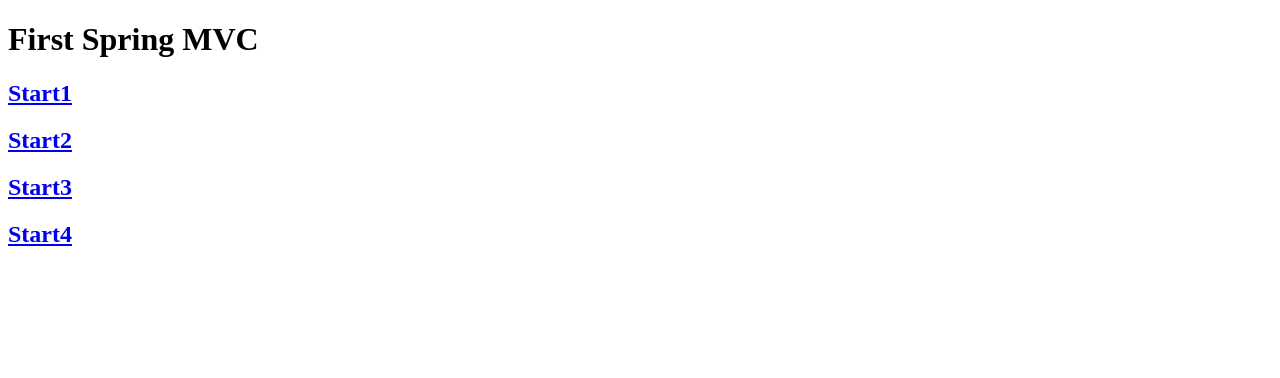
Repository: Developer120000/spring_mvc_study
Page: http://localhost/spring_mvc02/
An editor plug-in stored every save of this project. The page is shown before and after the next save, followed by the edit.
The browser window is 1280 px wide. The pictures show the whole page.
The page is served by Tomcat 9.

Above is the page before, as saved 2024-03-19 02:09:39.

After the next save:
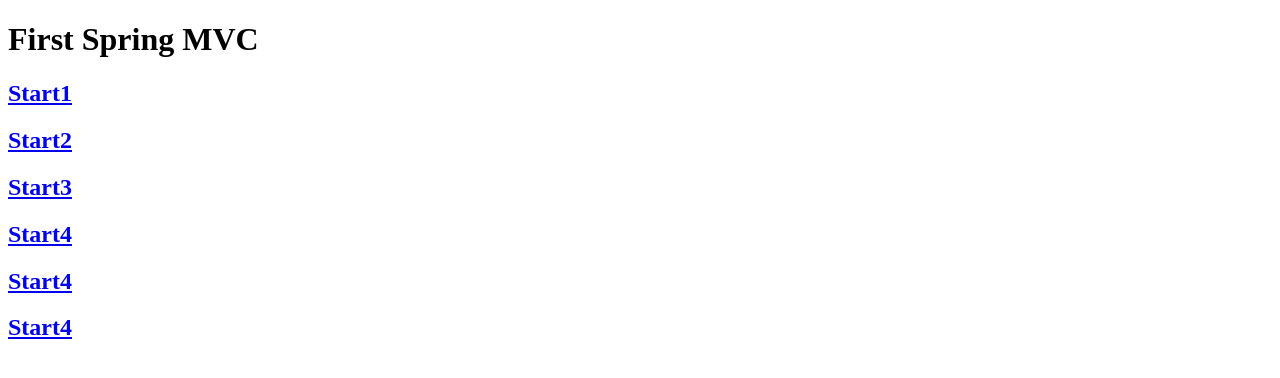
Saved 11 s later.
--- a/spring_mvc02/src/main/webapp/WEB-INF/views/index.jsp
+++ b/spring_mvc02/src/main/webapp/WEB-INF/views/index.jsp
@@ -13,5 +13,7 @@
 	<h2><a href="start2.do">Start2</a></h2>
 	<h2><a href="start3.do">Start3</a></h2>
 	<h2><a href="start4.do">Start4</a></h2>
+	<h2><a href="start5.do">Start4</a></h2>
+	<h2><a href="start6.do">Start4</a></h2>
 </body>
 </html>
